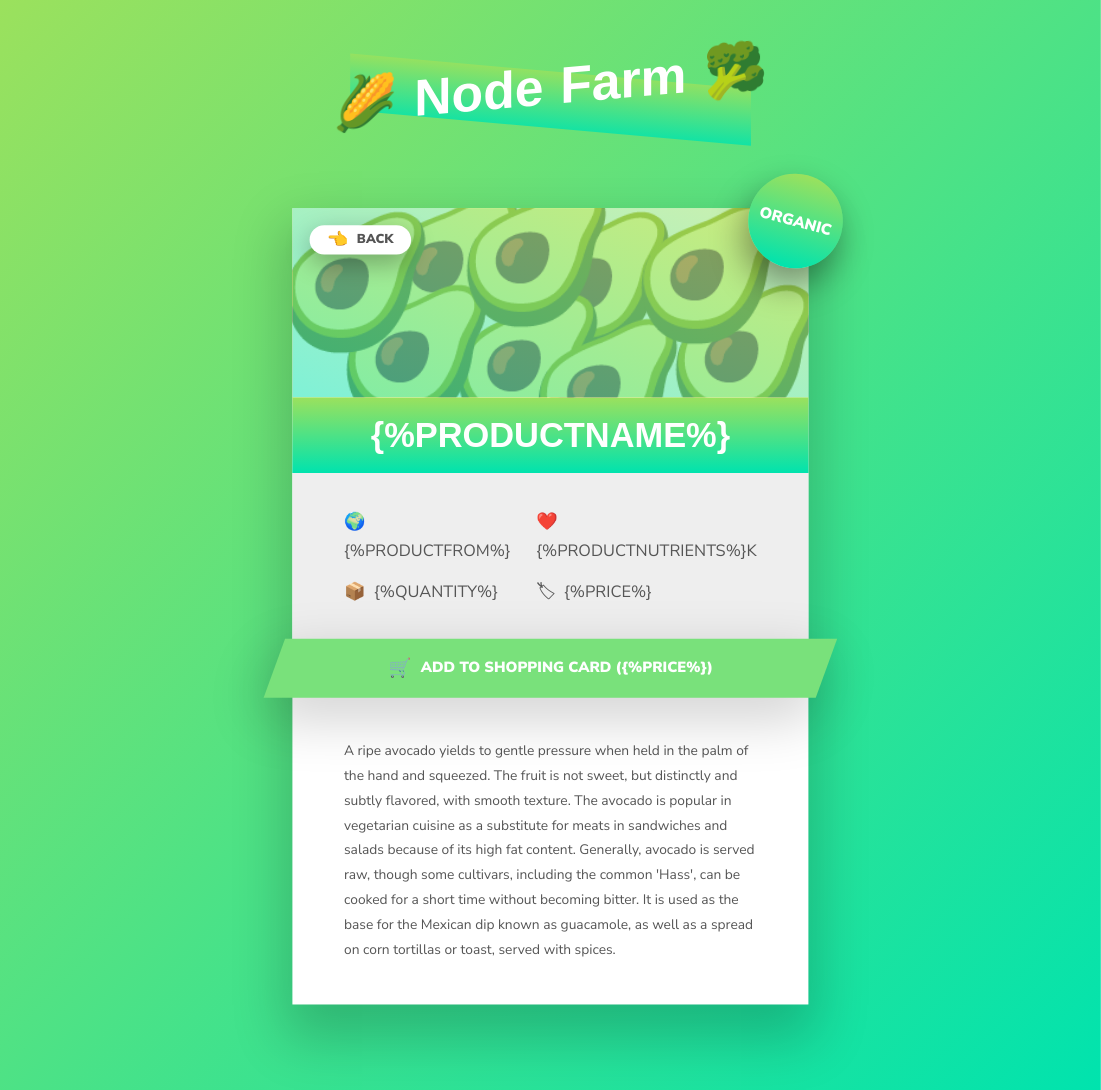
Repository: baolequang94/natour
Page: 1-node-farm/starter/templates/product.html
The author's editor kept a copy of each file at every save. The page is drawn from the files as they stood at one save, then again after the next save.
The browser window is 1280 px wide. The pictures show the whole page, at 86% of full size.
Some web fonts or font styles are not loaded; a fallback is used.

Above is the page before, as saved 2022-05-24 23:54:45.

### 1-node-farm/starter/templates/product.html
<!DOCTYPE html>
<html lang="en">
  <head>
    <meta charset="UTF-8" />
    <meta name="viewport" content="width=device-width, initial-scale=1.0" />
    <meta http-equiv="X-UA-Compatible" content="ie=edge" />
    <link
      href="https://fonts.googleapis.com/css?family=Megrim|Nunito+Sans:400,900"
      rel="stylesheet"
    />
    <link
      rel="icon"
      href="https://emojipedia-us.s3.dualstack.us-west-1.amazonaws.com/thumbs/240/apple/155/ear-of-maize_1f33d.png"
    />

    <title>Fresh Avocados 🥑 /// NODE FARM</title>

    <style>
      *,
      *::before,
      *::after {
        margin: 0;
        padding: 0;
        box-sizing: inherit;
      }

      html {
        font-size: 62.5%;
        box-sizing: border-box;
      }

      body {
        padding: 5rem 5rem 10rem;
        line-height: 1.7;
        font-family: 'Nunito Sans', sans-serif;
        color: #555;
        min-height: 100vh;
        background: linear-gradient(to bottom right, #9be15d, #00e3ae);
      }

      h1 {
        font-family: 'Megrim', sans-serif;
        font-size: 6rem;
        color: white;
        transform: skewY(-5deg);
        text-align: center;
        position: relative;
        word-spacing: 3px;
      }

      h1::before {
        content: '';
        display: block;
        height: 65%;
        width: 49%;
        position: absolute;
        top: 105%;
        left: 50%;
        background: linear-gradient(to bottom, #9be15d, #00e3ae);
        opacity: 0.8;
        z-index: -1;
        transform: skewY(370deg) translate(-50%, -50%);
      }

      .container {
        width: 95rem;
        margin: 0 auto;
      }

      .product {
        width: 60rem;
        margin: 0 auto;
        margin-top: 9rem;
        background: white;
        box-shadow: 0 3rem 6rem 1rem rgba(0, 0, 0, 0.2);
        position: relative;
      }

      .product__hero {
        position: relative;
        height: 22rem;
        overflow: hidden;
      }

      .product__hero::before {
        content: '';
        display: block;
        height: 100%;
        width: 100%;
        position: absolute;
        top: 0;
        left: 0;
        background-image: linear-gradient(to left bottom, #9be15d, #00e3ae);
        opacity: 0.5;
        z-index: 100;
      }

      .product__emoji {
        font-size: 15rem;
        position: absolute;
      }

      .product__emoji--1 {
        top: -4rem;
        left: -2rem;
        z-index: 10;
      }

      .product__emoji--2 {
        top: -6rem;
        left: 9rem;
      }

      .product__emoji--3 {
        top: -4rem;
        right: 15rem;
      }

      .product__emoji--4 {
        top: -5rem;
        right: 2rem;
        z-index: 10;
      }

      .product__emoji--5 {
        bottom: -9rem;
        left: 18rem;
      }

      .product__emoji--6 {
        bottom: -8rem;
        left: 5rem;
      }

      .product__emoji--7 {
        bottom: -12rem;
        right: 14rem;
      }

      .product__emoji--8 {
        bottom: -8rem;
        right: -2rem;
      }

      .product__emoji--9 {
        top: -7rem;
        left: 19rem;
      }

      .product__organic {
        position: absolute;
        top: -4rem;
        right: -4rem;
        z-index: 1000;
        height: 11rem;
        width: 11rem;
        background-image: linear-gradient(to bottom, #9be15d, #00e3ae);
        border-radius: 50%;
        transform: rotate(15deg);
        box-shadow: 0 2rem 4rem rgba(0, 0, 0, 0.4);
        display: flex;
        align-items: center;
        justify-content: center;
      }

      .product__organic h5 {
        font-weight: 900;
        text-transform: uppercase;
        font-size: 1.8rem;
        color: white;
      }

      .product__back:link,
      .product__back:visited {
        position: absolute;
        top: 2rem;
        left: 2rem;
        font-size: 1.5rem;
        font-weight: 700;
        text-transform: uppercase;
        text-decoration: none;
        z-index: 1000;
        color: #555;
        background-color: white;
        box-shadow: 0 1rem 3rem rgba(0, 0, 0, 0.3);
        border-radius: 100rem;
        padding: 0 2rem;
        transition: all 0.3s;
        display: flex;
        align-items: center;
      }

      .product__back:hover,
      .product__back:active {
        background-color: #79e17b;
      }

      .product__name {
        background: linear-gradient(to bottom, #9be15d, #00e3ae);
        padding: 1rem;
        font-family: 'Megrim', sans-serif;
        font-size: 4rem;
        color: white;
        text-align: center;
        word-spacing: 2px;
      }

      .product__details {
        background-color: #eee;
        padding: 4rem 6rem;
        font-size: 1.9rem;
        display: grid;
        grid-template-columns: 1fr 1fr;
        grid-gap: 1.5rem;
      }

      .product__description {
        padding: 5rem 6rem;
        font-size: 1.6rem;
        line-height: 1.8;
      }

      .product__link:link,
      .product__link:visited {
        display: block;
        background-color: #79e17b;
        color: white;
        font-size: 1.6rem;
        font-weight: 700;
        text-transform: uppercase;
        text-decoration: none;
        padding: 1.5rem;
        text-align: center;
        transform: scale(1.07) skewX(-20deg);
        box-shadow: 0 2rem 6rem rgba(0, 0, 0, 0.2);
        display: flex;
        align-items: center;
        justify-content: center;
        transition: all 0.3s;
      }

      .product__link:hover,
      .product__link:active {
        background-color: #9be15d;
        transform: scale(1.1) skewX(-20deg);
      }

      .product__link span {
        transform: skewX(20deg);
      }

      .emoji-left {
        font-size: 2rem;
        margin-right: 1rem;
      }

      .emoji-right {
        font-size: 2rem;
        margin-left: 1rem;
      }

      .not-organic {
        display: none;
      }
    </style>
  </head>

  <body>
    <div class="container">
      <h1>🌽 Node Farm 🥦</h1>

      <figure class="product">
        <div class="product__organic"><h5>Organic</h5></div>
        <a href="#" class="product__back">
          <span class="emoji-left">👈</span>Back
        </a>
        <div class="product__hero">
          <span class="product__emoji product__emoji--1">🥑</span>
          <span class="product__emoji product__emoji--2">🥑</span>
          <span class="product__emoji product__emoji--3">🥑</span>
          <span class="product__emoji product__emoji--4">🥑</span>
          <span class="product__emoji product__emoji--5">🥑</span>
          <span class="product__emoji product__emoji--6">🥑</span>
          <span class="product__emoji product__emoji--7">🥑</span>
          <span class="product__emoji product__emoji--8">🥑</span>
          <span class="product__emoji product__emoji--9">🥑</span>
        </div>
        <h2 class="product__name">{%PRODUCTNAME%}</h2>
        <div class="product__details">
          <p><span class="emoji-left">🌍</span>{%PRODUCTFROM%}</p>
          <p><span class="emoji-left">❤️</span>{%PRODUCTNUTRIENTS%}K</p>
          <p><span class="emoji-left">📦</span>{%QUANTITY%}</p>
          <p><span class="emoji-left">🏷</span>{%PRICE%}</p>
        </div>

        <a href="#" class="product__link">
          <span class="emoji-left">🛒</span>
          <span>Add to shopping card ({%PRICE%})</span>
        </a>

        <p class="product__description">
          A ripe avocado yields to gentle pressure when held in the palm of the
          hand and squeezed. The fruit is not sweet, but distinctly and subtly
          flavored, with smooth texture. The avocado is popular in vegetarian
          cuisine as a substitute for meats in sandwiches and salads because of
          its high fat content. Generally, avocado is served raw, though some
          cultivars, including the common 'Hass', can be cooked for a short time
          without becoming bitter. It is used as the base for the Mexican dip
          known as guacamole, as well as a spread on corn tortillas or toast,
          served with spices.
        </p>
      </figure>
    </div>
  </body>
</html>

After the next save:
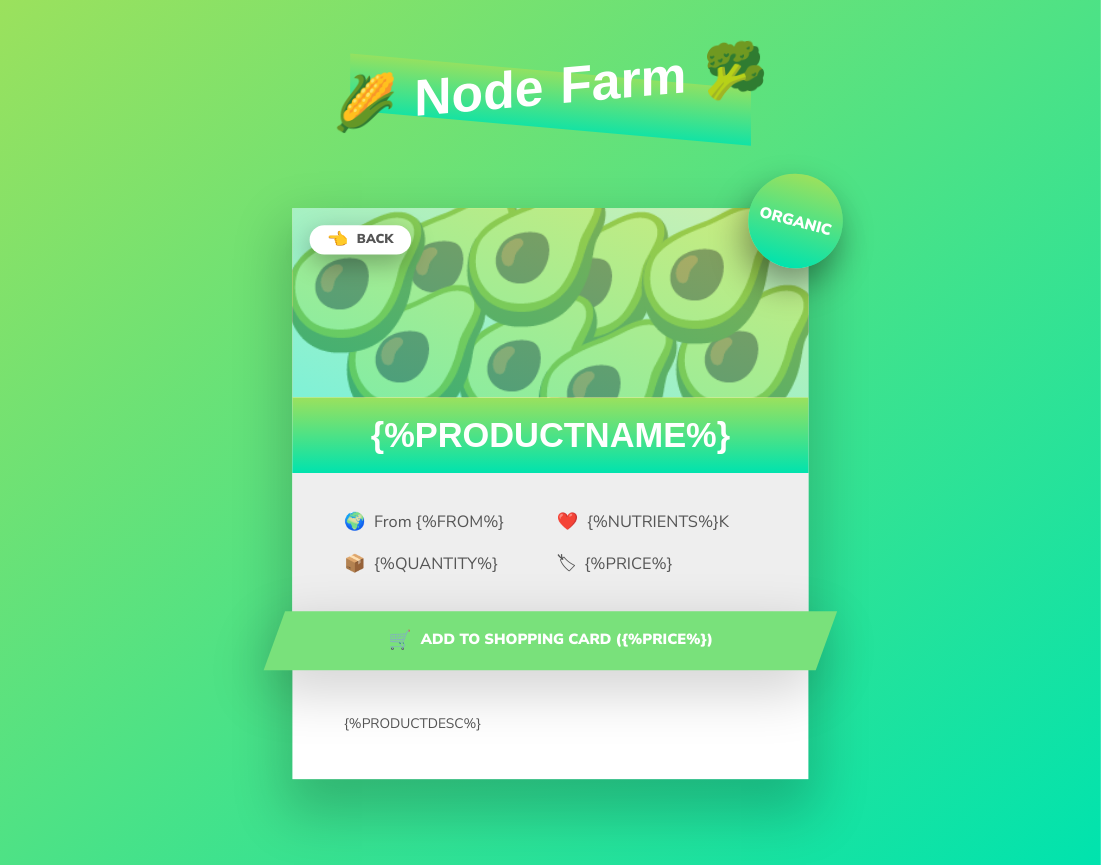
Saved 52 s later.
--- a/1-node-farm/starter/templates/product.html
+++ b/1-node-farm/starter/templates/product.html
@@ -287,8 +287,8 @@
         </div>
         <h2 class="product__name">{%PRODUCTNAME%}</h2>
         <div class="product__details">
-          <p><span class="emoji-left">🌍</span>{%PRODUCTFROM%}</p>
-          <p><span class="emoji-left">❤️</span>{%PRODUCTNUTRIENTS%}K</p>
+          <p><span class="emoji-left">🌍</span>From {%FROM%}</p>
+          <p><span class="emoji-left">❤️</span>{%NUTRIENTS%}K</p>
           <p><span class="emoji-left">📦</span>{%QUANTITY%}</p>
           <p><span class="emoji-left">🏷</span>{%PRICE%}</p>
         </div>
@@ -298,17 +298,7 @@
           <span>Add to shopping card ({%PRICE%})</span>
         </a>
 
-        <p class="product__description">
-          A ripe avocado yields to gentle pressure when held in the palm of the
-          hand and squeezed. The fruit is not sweet, but distinctly and subtly
-          flavored, with smooth texture. The avocado is popular in vegetarian
-          cuisine as a substitute for meats in sandwiches and salads because of
-          its high fat content. Generally, avocado is served raw, though some
-          cultivars, including the common 'Hass', can be cooked for a short time
-          without becoming bitter. It is used as the base for the Mexican dip
-          known as guacamole, as well as a spread on corn tortillas or toast,
-          served with spices.
-        </p>
+        <p class="product__description">{%PRODUCTDESC%}</p>
       </figure>
     </div>
   </body>
